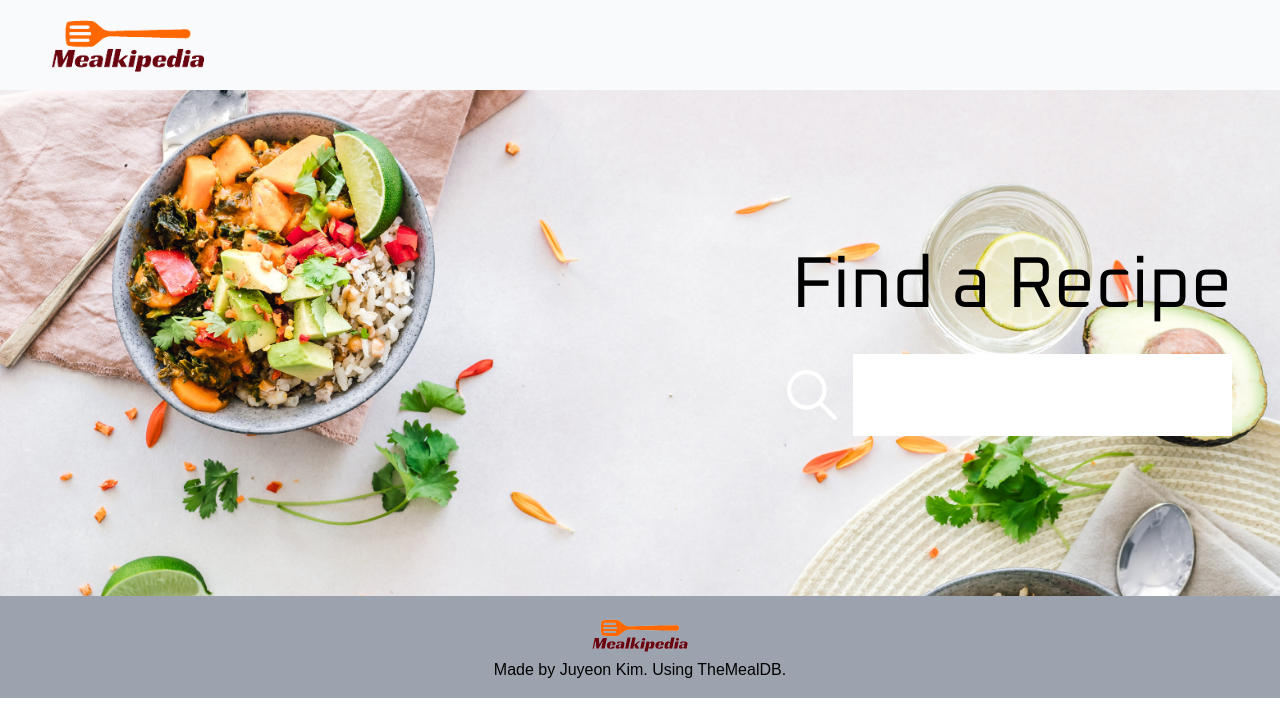
Repository: Jay-JYKim91/grj_mealkipedia
Page: /
An editor plug-in stored every save of this project. The page is shown before and after the next save, followed by the edit.
The browser window is 1280 px wide. The pictures show the whole page.
Some web fonts or font styles are not loaded; a fallback is used. The project was rebuilt for these pictures with package versions that can differ from the ones it lists, and the page was loaded fresh each time. Also part of the build but not shown: src/pages/recipe/recipe.tsx, src/pages/search/search.tsx.

Above is the page before, as saved 2022-06-21 15:36:32.

### public/index.html
<!DOCTYPE html>
<html lang="en">
  <head>
    <meta charset="utf-8" />
    <link rel="icon" href="%PUBLIC_URL%/favicon.ico" />
    <link rel="preconnect" href="https://fonts.googleapis.com">
    <link rel="preconnect" href="https://fonts.gstatic.com" crossorigin>
    <link href="https://fonts.googleapis.com/css2?family=Biryani:wght@300;400&family=Oxanium:wght@300;400;500&family=Racing+Sans+One&display=swap" rel="stylesheet">
    <meta name="viewport" content="width=device-width, initial-scale=1" />
    <meta name="theme-color" content="#000000" />
    <meta
      name="description"
      content="Web site created using create-react-app"
    />
    <title>Mealkipedia</title>
  </head>
  <body>
    <div id="root"></div>
  </body>
</html>

### src/index.tsx
import React from 'react';
import ReactDOM from 'react-dom/client';
import './index.css';
import App from './app';
import { BrowserRouter } from 'react-router-dom';

const root = ReactDOM.createRoot(
  document.getElementById('root') as HTMLElement
);

root.render(
  <React.StrictMode>
    <BrowserRouter>
      <App />
    </BrowserRouter>
  </React.StrictMode>
);

### src/App.tsx
import React from 'react';
import { Route, Routes } from 'react-router-dom';
import Footer from './component/footer/footer';
import Header from './component/header/header';
import Home from './pages/home/home';
import Recipe from './pages/recipe/recipe';
import Search from './pages/search/search';

const App: React.FC = () => {

  return (
    <>
      <Header />
      <main>
        <Routes>
          <Route path='/' element={
            <Home />
          } />
          <Route path='search' element={
            <Search />
          } />
          <Route path='recipe' element={
            <Recipe />
          } />
        </Routes>
      </main>
      <Footer />
    </>
  );
}

export default App;

### src/component/footer/footer.tsx
import React from 'react';

const Footer = () => {
    console.log(React);

    return (
        <footer className="flex flex-col items-center justify-center px-12 py-4 bg-gray-400">
            <img src="/logo.png" alt="logo" width="100" />
            <p className="font-body2_font">Made by Juyeon Kim. Using TheMealDB.</p>
        </footer>
    )
};

export default Footer;

### src/component/header/header.tsx
import React from 'react';

const Header = () => {
    console.log(React);

    return (
        <header className="px-12 py-2 shadow-md bg-gray-50">
            <img src='/logo.png' alt="logo" width="160" />
        </header>
    )
}

export default Header;

### src/pages/home/home.tsx
import React from 'react';

const Home: React.FC = () => {

    return (
        <section className="px-12 py-40 bg-cover bg-[url('images/main_background.jpg')] text-right">
            <h1 className="font-body1_font text-7xl mb-8">Find a Recipe</h1>
            <div className="flex justify-end">
                <button className="p-4">
                    <img src="./search.png" alt="search" />

                </button>
                <input type="search" className="p-4 text-3xl font-body1_font" />
            </div>
        </section>

    )
};

export default Home;

### tailwind.config.js
/** @type {import('tailwindcss').Config} */
module.exports = {
  content: [
    "./src/**/*.{js,jsx,ts,tsx}",
  ],
  darkMode: false, // or 'media' or 'class'
  theme: {
    extend: {
      fontFamily: {
        'heading_font': ['Racing Sans One', 'cursive'],
        'body1_font': ['Oxanium', 'cursive'],
        'body2_font': ['Biryani', 'sans-serif']
      }
    },
  },
  plugins: [],
}

Loaded but not shown: src/index.css (common file)

After the next save:
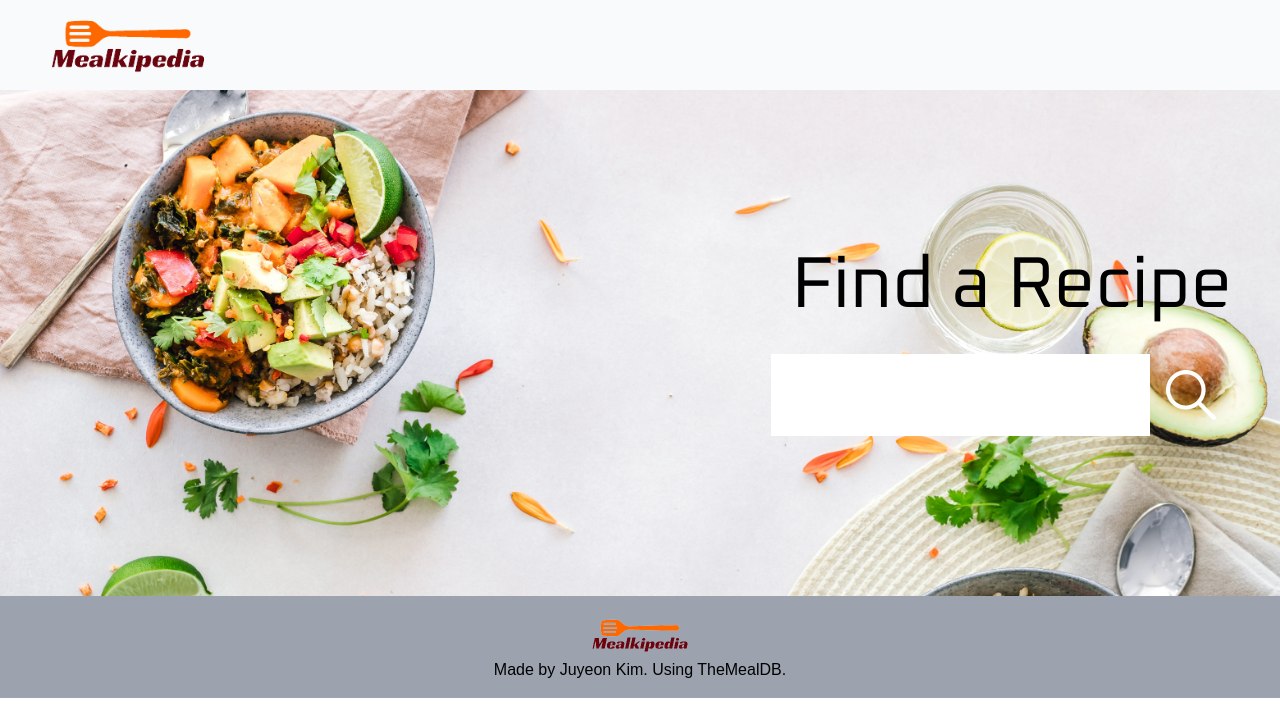
Saved 17 s later.
--- a/src/pages/home/home.tsx
+++ b/src/pages/home/home.tsx
@@ -6,11 +6,10 @@ const Home: React.FC = () => {
         <section className="px-12 py-40 bg-cover bg-[url('images/main_background.jpg')] text-right">
             <h1 className="font-body1_font text-7xl mb-8">Find a Recipe</h1>
             <div className="flex justify-end">
+                <input type="search" className="p-4 text-3xl font-body1_font" />
                 <button className="p-4">
                     <img src="./search.png" alt="search" />
-
                 </button>
-                <input type="search" className="p-4 text-3xl font-body1_font" />
             </div>
         </section>
 
